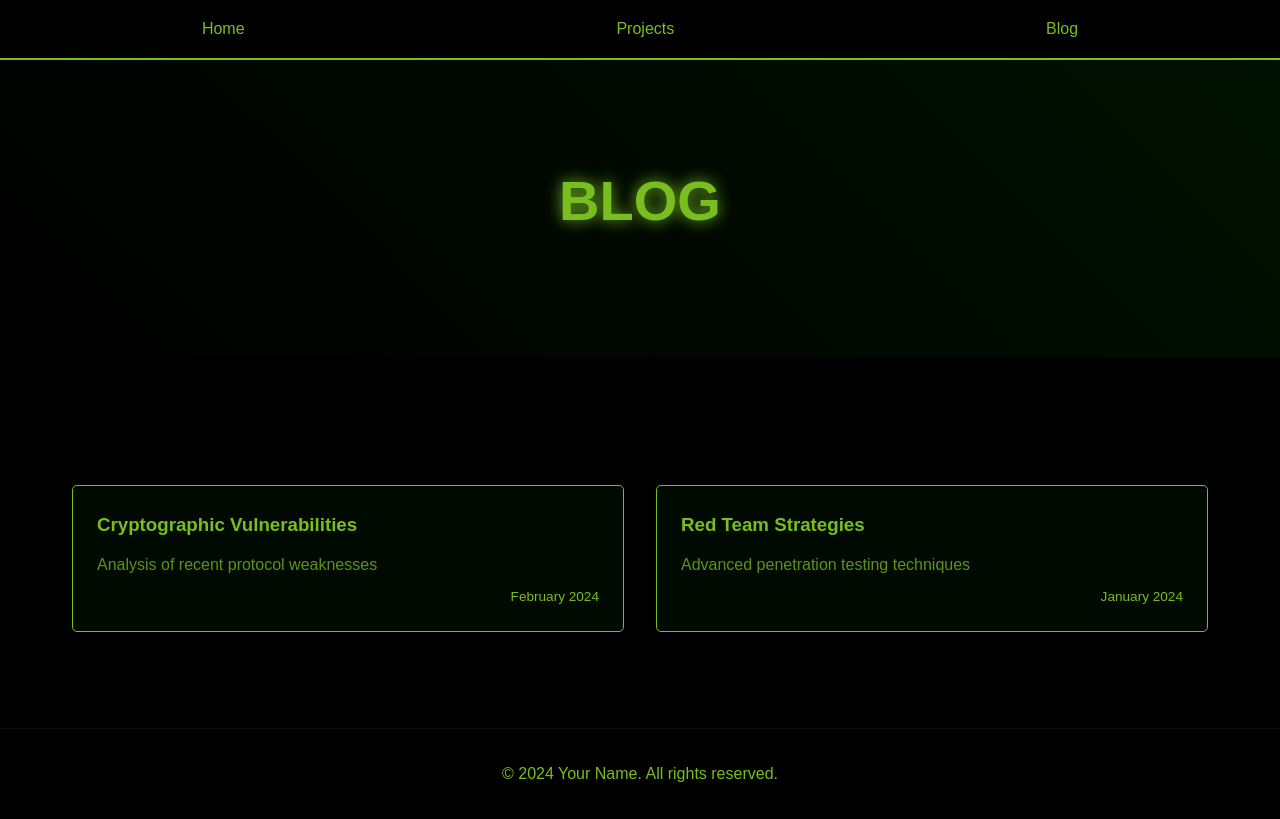
Repository: mohamedsoliman-tq/Website
Page: Blogs.html
An editor plug-in stored every save of this project. The page is shown before and after the next save, followed by the edit.
The browser window is 1280 px wide. The pictures show the whole page.

Above is the page before, as saved 2025-03-12 23:16:31.

### Blogs.html
<!DOCTYPE html>
<html lang="en">
<head>
    <meta charset="UTF-8">
    <meta name="viewport" content="width=device-width, initial-scale=1.0">
    <title>Blog</title>
    <link href="https://fonts.googleapis.com/css2?family=Space+Grotesk:wght@300;400;700&display=swap" rel="stylesheet">
    <link rel="icon" type="image/x-icon" href="/assets/favicon.ico">
    <link rel="apple-touch-icon" sizes="180x180" href="/assets/ficon.png">
    <link rel="stylesheet" href="/css/base.css">
    <link rel="stylesheet" href="/css/navigation.css">
    <link rel="stylesheet" href="/css/hero.css">
    <link rel="stylesheet" href="/css/sections.css">
    <link rel="stylesheet" href="/css/utilities.css">
</head>
<body>
    <nav>
        <ul>
            <li><a href="/">Home</a></li>
            <li><a href="/Projects.html">Projects</a></li>
            <li><a href="/Blogs.html">Blog</a></li>
        </ul>
    </nav>

    <div class="hero">
        <div class="container">
            <h1>BLOG</h1>
        </div>
    </div>

    <section class="section">
        <div class="container blog-posts">
            <div class="blog-card">
                <h3>Cryptographic Vulnerabilities</h3>
                <p>Analysis of recent protocol weaknesses</p>
                <span class="blog-date">February 2024</span>
            </div>
            <div class="blog-card">
                <h3>Red Team Strategies</h3>
                <p>Advanced penetration testing techniques</p>
                <span class="blog-date">January 2024</span>
            </div>
        </div>
    </section>

    <footer>
        <p>© 2024 Your Name. All rights reserved.</p>
    </footer>
</body>
</html>

### css/base.css
@import url('https://fonts.googleapis.com/css2?family=Space+Grotesk:wght@300;400;700&display=swap');

:root {
    --primary-black: #000000;
    --green-accent: #78BE20;
    --dark-green: #5a9419;
}

* {
    margin: 0;
    padding: 0;
    box-sizing: border-box;
    font-family: 'Space+Grotesk', sans-serif;
}

body {
    background-color: var(--primary-black);
    color: var(--green-accent);
    line-height: 1.6;
}

.container {
    max-width: 1200px;
    margin: 0 auto;
    padding: 2rem;
}

.section {
    padding: 4rem 0;
    border-bottom: 1px solid #001a00;
}

### css/navigation.css
nav {
    background: rgba(0, 0, 0, 0.95);
    padding: 1rem;
    position: sticky;
    top: 0;
    border-bottom: 2px solid var(--green-accent);
    z-index: 100;
}

nav ul {
    display: flex;
    justify-content: space-around;
    list-style: none;
}

nav a {
    color: var(--green-accent);
    text-decoration: none;
    padding: 0.5rem 1rem;
    transition: all 0.3s;
}

nav a:hover {
    color: var(--dark-green);
    text-shadow: 0 0 10px var(--green-accent);
}

@media (max-width: 768px) {
    nav ul {
        flex-direction: column;
        align-items: center;
    }

    nav li {
        margin: 0.5rem 0;
    }
}

### css/hero.css
.hero {
    text-align: center;
    padding: 4rem 0;
    background: linear-gradient(45deg, var(--primary-black), #001100);
}

.hero h1 {
    font-size: 3.5rem;
    margin-bottom: 1rem;
    color: var(--green-accent);
    text-shadow: 0 0 15px var(--green-accent);
}

.hero p {
    color: var(--dark-green);
    font-size: 1.2rem;
}

@media (max-width: 768px) {
    .hero h1 {
        font-size: 2.5rem;
    }
}

### css/sections.css
.skills-grid {
    display: grid;
    grid-template-columns: repeat(auto-fit, minmax(250px, 1fr));
    gap: 2rem;
    margin-top: 2rem;
}

.skill-card, .project-card, .blog-card {
    background: #000a00;
    padding: 1.5rem;
    border-radius: 5px;
    border: 1px solid var(--green-accent);
    transition: transform 0.3s ease;
}

.skill-card:hover, .project-card:hover, .blog-card:hover {
    transform: scale(1.05);
    box-shadow: 0 0 15px var(--green-accent);
}

.projects, .blog-posts {
    display: grid;
    grid-template-columns: repeat(auto-fit, minmax(250px, 1fr));
    gap: 2rem;
    margin-top: 2rem;
}

.project-card h3, .blog-card h3 {
    color: var(--green-accent);
    margin-bottom: 0.75rem;
}

.project-card p, .blog-card p {
    color: var(--dark-green);
    margin-bottom: 0.5rem;
}

.blog-date {
    color: var(--green-accent);
    font-size: 0.85rem;
    display: block;
    text-align: right;
}

.contact-grid {
    display: grid;
    grid-template-columns: 1fr 1fr;
    gap: 2rem;
    align-items: center;
}

.social-links {
    background: #000a00;
    padding: 1.5rem;
    border: 1px solid var(--green-accent);
    border-radius: 8px;
}

.social-links h3 {
    color: var(--green-accent);
    margin-bottom: 1rem;
    text-align: center;
}

.social-icons {
    display: flex;
    flex-direction: column;
    gap: 1rem;
}

.social-icon {
    color: var(--green-accent);
    text-decoration: none;
    padding: 0.5rem 1rem;
    border: 1px solid var(--green-accent);
    text-align: center;
    transition: all 0.3s ease;
}

.social-icon:hover {
    background-color: var(--green-accent);
    color: var(--primary-black);
    box-shadow: 0 0 15px var(--green-accent);
}

.read-more {
    display: inline-block;
    margin-top: 10px;
    padding: 8px 12px;
    font-size: 1rem;
    font-weight: bold;
    color: var(--green-accent);
    text-decoration: none;
    border: 1px solid var(--green-accent);
    border-radius: 5px;
    transition: all 0.3s ease;
}

.read-more:hover {
    background-color: var(--green-accent);
    color: var(--primary-black);
    box-shadow: 0 0 10px var(--green-accent);
}


@media (max-width: 768px) {
    .projects, .blog-posts, .contact-grid {
        grid-template-columns: 1fr;
    }
}

### css/utilities.css
footer {
    text-align: center;
    padding: 2rem;
    color: var(--green-accent);
}

.hidden {
    display: none;
}

.visible {
    display: block;
}

After the next save:
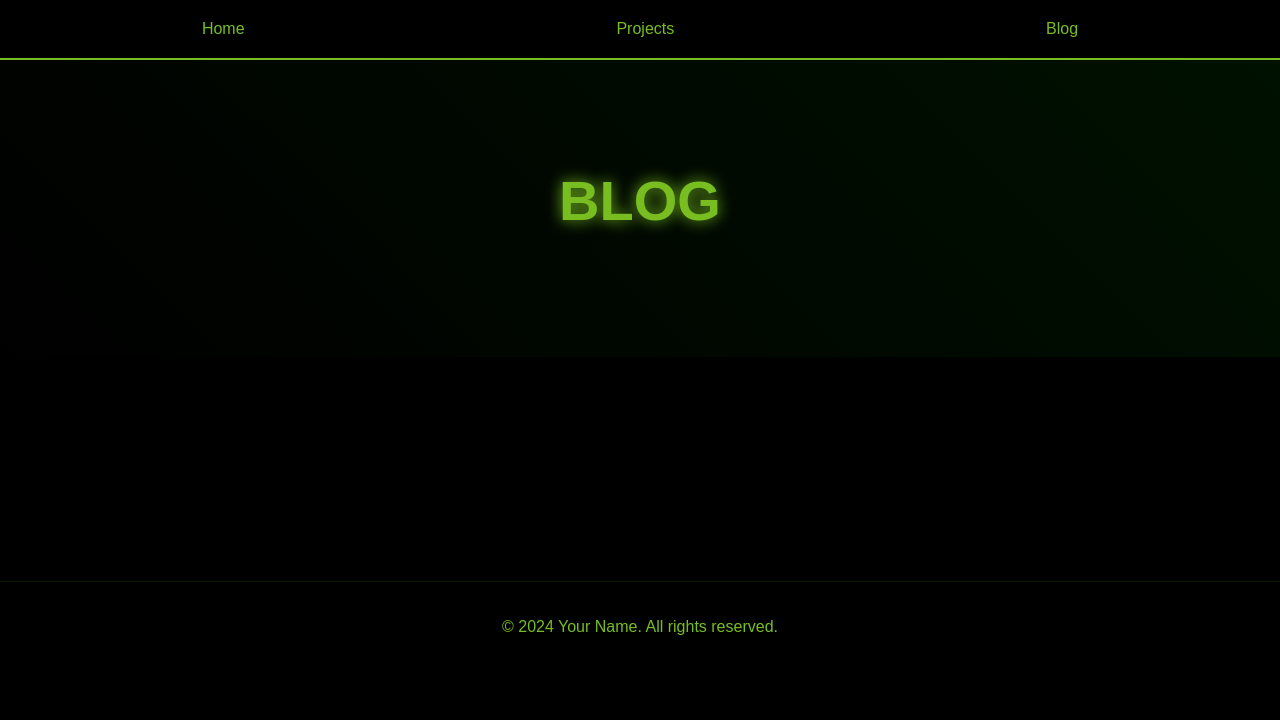
Saved 31 s later.
--- a/Blogs.html
+++ b/Blogs.html
@@ -30,16 +30,6 @@
 
     <section class="section">
         <div class="container blog-posts">
-            <div class="blog-card">
-                <h3>Cryptographic Vulnerabilities</h3>
-                <p>Analysis of recent protocol weaknesses</p>
-                <span class="blog-date">February 2024</span>
-            </div>
-            <div class="blog-card">
-                <h3>Red Team Strategies</h3>
-                <p>Advanced penetration testing techniques</p>
-                <span class="blog-date">January 2024</span>
-            </div>
         </div>
     </section>
 
